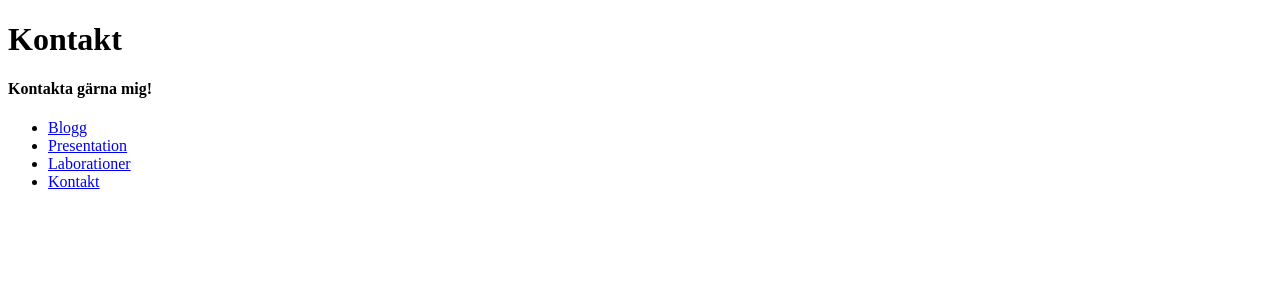
Repository: js223kz/1ik415-laborationer
Page: Pages/contact.html
The author's editor kept a record of every edit. The page is drawn from the files as they stood at one moment, then again after the next edit.
The browser window is 1280 px wide. The pictures show the whole page.

Above is the page before.

After the next edit:
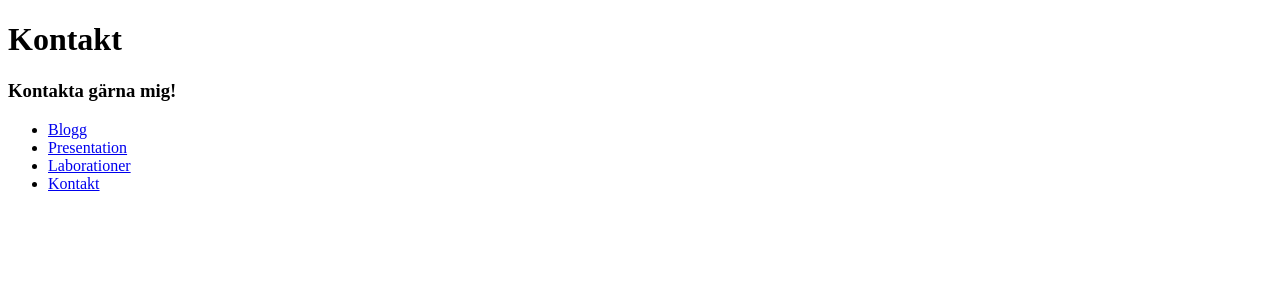
The edit:
--- a/Pages/contact.html
+++ b/Pages/contact.html
@@ -8,7 +8,7 @@
     <body>
         <div id="header">
             <h1>Kontakt</h1>
-            <h4>Kontakta gärna mig!</h4>
+            <h3>Kontakta gärna mig!</h3>
         </div>
 
         <div id="navigation">
